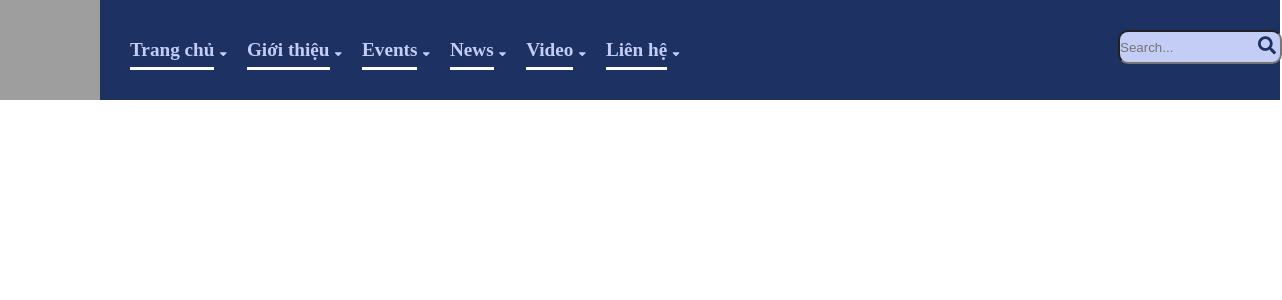
Repository: Luong-tung/newtopics
Page: index2.html
An editor plug-in stored every save of this project. The page is shown before and after the next save, followed by the edit.
The browser window is 1280 px wide. The page is 1282 px wide, so the pictures cover 1282 px, including what lies to the right of the window. The pictures show the whole page.
Pictures or frames that could not be fetched are drawn as grey boxes. Some web libraries are served in a nearby version.

Above is the page before, as saved 2021-10-07 22:42:37.

### index2.html
<!DOCTYPE html>
<html lang="en">
<head>
    <meta charset="UTF-8">
    <meta http-equiv="X-UA-Compatible" content="IE=edge">
    <meta name="viewport" content="width=device-width, initial-scale=1.0">
    <title>trang web thương mai điện tử</title>
    <link rel="stylesheet" href="iu2.css">
    <link rel="stylesheet" href="https://pro.fontawesome.com/releases/v5.10.0/css/all.css" integrity="sha384-AYmEC3Yw5cVb3ZcuHtOA93w35dYTsvhLPVnYs9eStHfGJvOvKxVfELGroGkvsg+p" crossorigin="anonymous"/>
    <link rel="stylesheet" href="grid.css">

</head>
<body>
    <div class="header">
        <div class="logo">
            <img src="https://scontent.fhan4-3.fna.fbcdn.net/v/t1.15752-9/244521534_3120666654925529_7396226630018362644_n.jpg?_nc_cat=103&ccb=1-5&_nc_sid=ae9488&_nc_ohc=VPYvwfk35K0AX9N8zek&_nc_ht=scontent.fhan4-3.fna&oh=11361e826c179e37114d7c2bd928ff68&oe=6184B42C" alt="">


            <ul>
                <li><a href="#">Trang chủ</a><i class="fas fa-sort-down"></i></li>
                <li><a href="#">Giới thiệu</a><i class="fas fa-sort-down"></i></li>
                <li><a href="#">Events</a><i class="fas fa-sort-down"></i></li>
                <li><a href="#">News</a><i class="fas fa-sort-down"></i></li>
                <li><a href="#">Video</a><i class="fas fa-sort-down"></i></li>
                <li><a href="#">Liên hệ</a><i class="fas fa-sort-down"></i></li>
            </ul>
        </div>

        <div class="search">
            <form>

                <input type="text" name="Search" placeholder="Search..." >
                <i class="fas fa-search"></i>
            </form>
        </div>









    </div>
    <script src="./main2.js"></script>
</body>
</html>

### iu2.css
*{
    padding: 0;
    margin: 0;

}
.header{
    width: 100%;
    height: 100px;
    background:#1E3163;
    display: flex;
    justify-content: space-between;

}
.header .logo img{
    width: 100px;
    height: 100px;

}
.header .logo{
    display: flex;
    cursor: pointer;
}
.header .logo ul{
    color: #c4cdf5;
    margin-left: 20px;
    display: flex;
    align-items: center;
    justify-content: space-between;
}
.header .logo ul li{
    list-style: none;
    cursor: pointer;
    margin: 0px 5px;
    padding:5px;
    font-weight: 800;
    font-size: larger;

}
.header .logo ul li a{
    text-decoration: none;
    position: relative;
    color: #c4cdf5;
  }

.header .logo ul li i{
    font-size: 12px;
    margin-left: 5px;
}/*
.header .logo ul li:hover{
    background:#c4cdf5;
    color:#092086;*/



 .header .logo ul li a:after{
    content: "";
    position: absolute;
    background: #fff;
    height: 3px;
    width: 100%;
    left:0;
    bottom: -10px;


}


.header .search i{
    color: #1E3163;
    font-size: 18px;
    margin-left: -24px;
    cursor: pointer;


}
.header .search input{
    width: 160px;
    height: 30px;
    background-color:#c4cdf5;
    border-radius: 10px;
    margin-top: 30px;
}

Loaded but not shown: grid.css (no stored copy; drawn as an empty file); main2.js (no stored copy; drawn as an empty file)

After the next save:
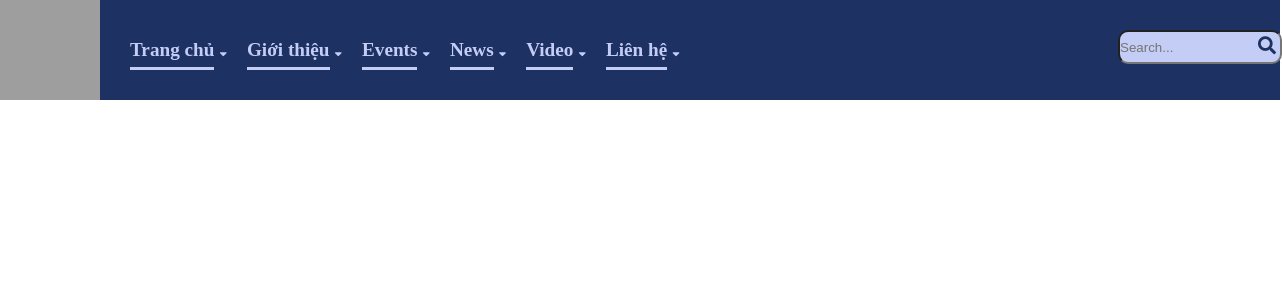
Saved 3 min 0 s later.
--- a/iu2.css
+++ b/iu2.css
@@ -55,15 +55,20 @@
  .header .logo ul li a:after{
     content: "";
     position: absolute;
-    background: #fff;
+    background: #c4cdf5;
     height: 3px;
     width: 100%;
     left:0;
     bottom: -10px;
-
-
+    transition: 0.3s;
+}
+.header .logo ul li a:hover{
+    color: #dee3f8;
 }
 
+.header .logo ul li a:hover::after{
+    width: 100%;
+}
 
 .header .search i{
     color: #1E3163;
